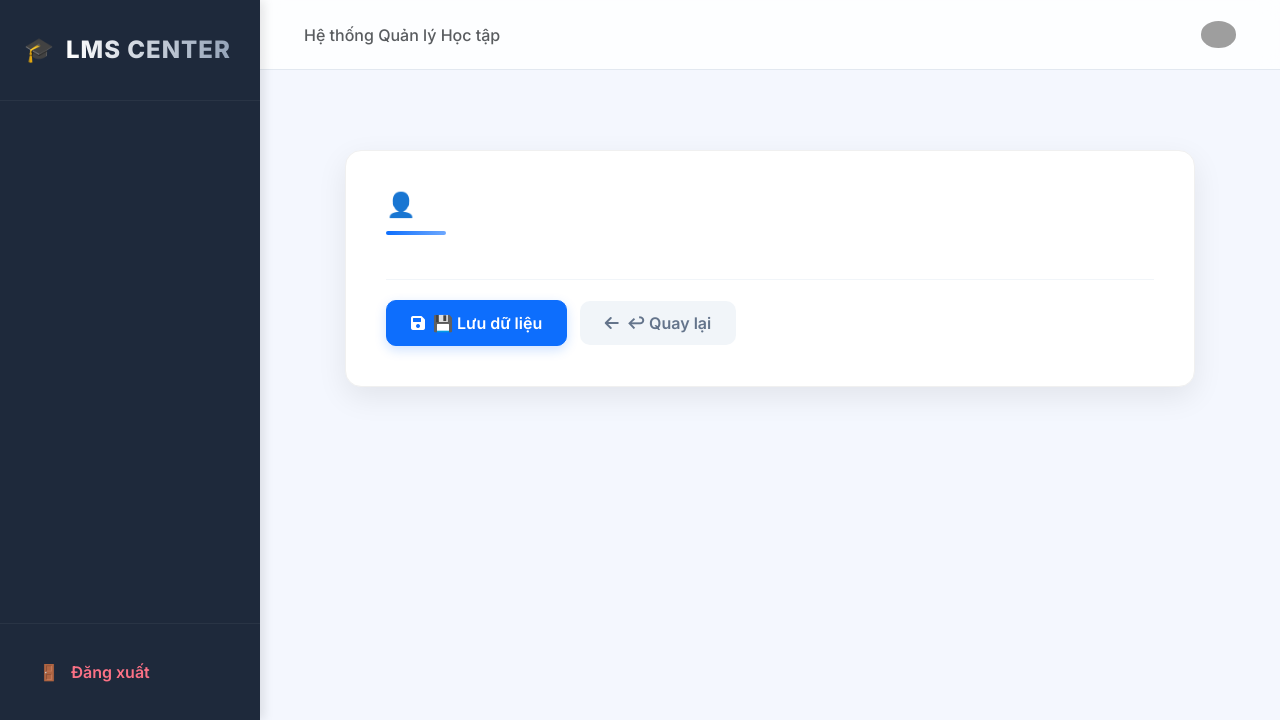
Repository: JiaHui2005/LMS_Django
Page: templates/manager/user_form.html
These files come from the project's save history. The page is drawn as it stood at one moment and after the next save; the edit follows.
The browser window is 1280 px wide. The pictures show the whole page.
Pictures or frames that could not be fetched are drawn as grey boxes. The page is served by the project's application, run on Django 5.2 (manage.py). Other server files are loaded and not shown. The template is opened directly, without the code that normally fills it, so the values that code supplies are empty.

Above is the page before, as saved 2026-01-16 19:04:36.

### common/templatetags/dict_extras.py
from django import template

register = template.Library()

@register.filter
def get_item(dictionary, key):
    return dictionary.get(key, [])

### templates/manager/user_form.html
{% extends 'base.html' %}
{% block title %}Quản lý người dùng{% endblock %}

{% block content %}
<style>
    /* Tổng thể container */
    .form-card {
        background: #ffffff;
        padding: 2.5rem;
        border-radius: 16px;
        box-shadow: 0 10px 30px rgba(0, 0, 0, 0.08);
        max-width: 850px;
        margin: 3rem auto;
        border: 1px solid #f0f0f0;
    }

    /* Tiêu đề */
    .form-card h4 {
        color: #1a202c;
        font-weight: 800;
        letter-spacing: -0.5px;
        position: relative;
        padding-bottom: 15px;
        margin-bottom: 25px;
    }

    .form-card h4::after {
        content: "";
        position: absolute;
        left: 0;
        bottom: 0;
        height: 4px;
        width: 60px;
        background: linear-gradient(90deg, #0d6efd, #6ea8fe);
        border-radius: 2px;
    }

    /* Label và Input */
    .form-label {
        font-weight: 600;
        color: #4a5568;
        font-size: 0.95rem;
        margin-bottom: 8px;
    }

    /* Style cho các field do Django render */
    .form-control, select, textarea {
        border: 1.5px solid #e2e8f0 !important;
        border-radius: 10px !important;
        padding: 12px 15px !important;
        transition: all 0.3s ease !important;
        background-color: #f8fafc;
    }

    .form-control:focus {
        background-color: #fff;
        border-color: #0d6efd !important;
        box-shadow: 0 0 0 4px rgba(13, 110, 253, 0.15) !important;
        outline: none;
    }

    /* Nút bấm */
    .btn-custom-group {
        border-top: 1px solid #f1f5f9;
        padding-top: 20px;
        margin-top: 20px;
    }

    .btn {
        padding: 10px 25px;
        border-radius: 10px;
        font-weight: 600;
        transition: all 0.2s;
    }

    .btn-primary {
        box-shadow: 0 4px 12px rgba(13, 110, 253, 0.2);
    }

    .btn-primary:hover {
        transform: translateY(-2px);
        box-shadow: 0 6px 15px rgba(13, 110, 253, 0.3);
    }

    .btn-secondary {
        background-color: #f1f5f9;
        color: #64748b;
        border: none;
    }

    .btn-secondary:hover {
        background-color: #e2e8f0;
        color: #0f172a;
    }

    /* Thông báo lỗi */
    .error-text {
        color: #dc3545;
        font-size: 0.85rem;
        margin-top: 5px;
        display: block;
        font-style: italic;
    }
</style>

<div class="container">
    <div class="form-card">
        <h4 class="mb-4">👤 {{ title }}</h4>

        <form method="post" novalidate>
            {% csrf_token %}

            <div class="row">
                {% for field in form %}
                <div class="col-md-6 mb-4">
                    <label class="form-label" for="{{ field.id_for_label }}">
                        {{ field.label }}
                    </label>

                    {# Thêm class form-control thông qua filter hoặc script bên dưới #}
                    {{ field }}

                    {% if field.errors %}
                        {% for error in field.errors %}
                            <small class="error-text">⚠️ {{ error|striptags }}</small>
                        {% endfor %}
                    {% endif %}

                    {% if field.help_text %}
                        <small class="form-text text-muted d-block mt-1">{{ field.help_text }}</small>
                    {% endif %}
                </div>
                {% endfor %}
            </div>

            <div class="btn-custom-group">
                <button type="submit" class="btn btn-primary px-4 me-2">
                    <i class="fas fa-save me-1"></i> 💾 Lưu dữ liệu
                </button>
                <a href="{% url 'user_list' %}" class="btn btn-secondary">
                    <i class="fas fa-arrow-left me-1"></i> ↩ Quay lại
                </a>
            </div>
        </form>
    </div>
</div>

<script>
    // Đoạn script này tự động thêm class của Bootstrap vào các input từ Django
    document.querySelectorAll('input, select, textarea').forEach(function(el) {
        if (el.type !== 'checkbox' && el.type !== 'radio') {
            el.classList.add('form-control');
        } else {
            el.classList.add('form-check-input');
        }
    });
</script>
{% endblock %}

### templates/base.html
<!DOCTYPE html>
<html lang="vi">
<head>
    <meta charset="UTF-8">
    <meta name="viewport" content="width=device-width, initial-scale=1.0">
    <title>{% block title %}TLSP{% endblock %}</title>

    <link href="https://fonts.googleapis.com/css2?family=Inter:wght@300;400;500;600;700;800&display=swap" rel="stylesheet">
    <link rel="stylesheet" href="https://cdnjs.cloudflare.com/ajax/libs/font-awesome/6.0.0/css/all.min.css">
    <link href="https://cdn.jsdelivr.net/npm/bootstrap@5.3.2/dist/css/bootstrap.min.css" rel="stylesheet">

    <style>
        :root {
            --sidebar-width: 280px;
            --top-nav-height: 70px;
            --bg-body: #f4f7fe;
            --font-main: 'Inter', sans-serif;
        }

        body {
            font-family: var(--font-main);
            background-color: var(--bg-body);
            margin: 0;
            overflow-x: hidden;
        }

        /* Container tổng quát */
        .app-container {
            display: flex;
            min-height: 100vh;
        }

        /* Sidebar đã được CSS ở bước trước, đảm bảo width khớp */
        .sidebar {
            width: var(--sidebar-width);
            flex-shrink: 0;
        }

        /* Phần Main Content bên phải */
        .main-content {
            flex-grow: 1;
            margin-left: var(--sidebar-width); /* Đẩy nội dung sang phải để không bị sidebar che */
            display: flex;
            flex-direction: column;
            min-width: 0; /* Tránh lỗi vỡ layout với flexbox */
            transition: all 0.3s ease;
        }

        /* Navbar trên cùng */
        .navbar-custom {
            height: var(--top-nav-height);
            background: rgba(255, 255, 255, 0.8);
            backdrop-filter: blur(10px); /* Hiệu ứng kính mờ hiện đại */
            border-bottom: 1px solid #e2e8f0;
            display: flex;
            align-items: center;
            padding: 0 2rem;
            position: sticky;
            top: 0;
            z-index: 999;
        }

        /* Vùng nội dung trang */
        .page-content {
            padding: 2rem;
            flex-grow: 1;
        }

        /* Hiệu ứng mượt mà cho các liên kết */
        a {
            transition: all 0.2s ease;
            text-decoration: none;
        }

        /* Tùy chỉnh thanh cuộn (Scrollbar) */
        ::-webkit-scrollbar {
            width: 6px;
        }
        ::-webkit-scrollbar-track {
            background: #f1f1f1;
        }
        ::-webkit-scrollbar-thumb {
            background: #cbd5e1;
            border-radius: 10px;
        }
        ::-webkit-scrollbar-thumb:hover {
            background: #94a3b8;
        }

        /* Responsive cho thiết bị di động */
        @media (max-width: 992px) {
            .sidebar {
                transform: translateX(-100%);
                position: fixed;
            }
            .main-content {
                margin-left: 0;
            }
            .app-container.show-sidebar .sidebar {
                transform: translateX(0);
            }
        }
    </style>
</head>
<body>

<div class="app-container">
    {% include 'components/sidebar.html' %}

    <div class="main-content">
        <nav class="navbar-custom">
            <div class="container-fluid d-flex justify-content-between align-items-center">
                <span class="text-muted fw-medium">Hệ thống Quản lý Học tập</span>
                <div class="user-profile d-flex align-items-center gap-3">
                    <span class="fw-semibold text-dark">{{ user.username }}</span>
                    <img src="https://ui-avatars.com/api/?name={{ user.username }}&background=0D6EFD&color=fff"
                         alt="avatar" class="rounded-circle" width="35">
                </div>
            </div>
        </nav>

        <div class="page-content">
            {% block content %}{% endblock %}
        </div>
    </div>
</div>

<script src="https://cdn.jsdelivr.net/npm/bootstrap@5.3.2/dist/js/bootstrap.bundle.min.js"></script>
</body>
</html>

### templates/components/sidebar.html
<style>
    :root {
        --sidebar-width: 260px;
        --sidebar-bg: #1e293b; /* Màu xanh đen hiện đại */
        --sidebar-hover: #334155;
        --accent-color: #3b82f6; /* Màu xanh brand */
        --text-gray: #94a3b8;
    }

    /* Sidebar Container */
    .sidebar {
        width: var(--sidebar-width);
        height: 100vh;
        background: var(--sidebar-bg);
        position: fixed;
        left: 0;
        top: 0;
        display: flex;
        flex-direction: column;
        color: white;
        transition: all 0.3s ease;
        z-index: 1000;
        box-shadow: 4px 0 10px rgba(0,0,0,0.1);
    }

    /* Logo Area */
    .sidebar-logo {
        padding: 2rem 1.5rem;
        font-size: 1.5rem;
        font-weight: 800;
        display: flex;
        align-items: center;
        gap: 12px;
        border-bottom: 1px solid rgba(255,255,255,0.05);
    }

    .sidebar-logo span {
        letter-spacing: 1px;
        background: linear-gradient(90deg, #fff, var(--text-gray));
        -webkit-background-clip: text;
        -webkit-text-fill-color: transparent;
    }

    /* Menu List */
    .sidebar-menu {
        list-style: none;
        padding: 1.5rem 0.75rem;
        margin: 0;
        flex-grow: 1;
        overflow-y: auto;
    }

    .sidebar-menu li {
        margin-bottom: 5px;
    }

    .sidebar-menu a {
        display: flex;
        align-items: center;
        gap: 12px;
        padding: 12px 15px;
        color: var(--text-gray);
        text-decoration: none;
        border-radius: 10px;
        font-weight: 500;
        transition: all 0.2s ease;
    }

    .sidebar-menu a:hover {
        background: var(--sidebar-hover);
        color: white;
    }

    /* Active State */
    .sidebar-menu a.active {
        background: var(--accent-color);
        color: white;
        box-shadow: 0 4px 12px rgba(59, 130, 246, 0.3);
    }

    .sidebar-menu a span {
        font-size: 0.95rem;
    }

    /* Footer / Logout */
    .sidebar-footer {
        padding: 1.5rem;
        border-top: 1px solid rgba(255,255,255,0.05);
    }

    .logout {
        display: flex;
        align-items: center;
        gap: 12px;
        padding: 12px 15px;
        color: #fb7185; /* Màu đỏ nhạt cho đăng xuất */
        text-decoration: none;
        border-radius: 10px;
        font-weight: 600;
        transition: background 0.2s;
    }

    .logout:hover {
        background: rgba(251, 113, 133, 0.1);
    }

    /* Điều chỉnh phần nội dung chính (Main content) */
    .main-wrapper {
        margin-left: var(--sidebar-width);
        padding: 2rem;
        background: #f8fafc;
        min-height: 100vh;
    }
</style>

<aside class="sidebar">
    <div class="sidebar-logo">
        🎓 <span>LMS CENTER</span>
    </div>

    <ul class="sidebar-menu">
        {% if user.role == 'manager' %}
            <li>
                <a href="{% url 'manager_dashboard' %}" class="{% if 'manager' in request.path %}active{% endif %}">
                    📊 <span>Dashboard</span>
                </a>
            </li>
            <li>
                <a href="{% url 'user_list' %}" class="{% if 'user' in request.path %}active{% endif %}">
                    👥 <span>Người dùng</span>
                </a>
            </li>
        {% endif %}

        {% if user.role == 'lecturer' %}
            <li>
                <a href="{% url 'lecturer_dashboard' %}" class="{% if 'lecturer' in request.path %}active{% endif %}">
                    👨‍🏫 <span>Giảng viên</span>
                </a>
            </li>
        {% endif %}

        {% if user.role == 'student' %}
            <li>
                <a href="{% url 'student_dashboard' %}" class="{% if 'student' in request.path %}active{% endif %}">
                    🎓 <span>Sinh viên</span>
                </a>
            </li>
        {% endif %}

        {% if user.role == 'coordinator' %}
            <li>
                <a href="{% url 'coordinator_dashboard' %}" class="{% if 'coordinator' in request.path %}active{% endif %}">
                    🧭 <span>Điều phối</span>
                </a>
            </li>
        {% endif %}
    </ul>

    <div class="sidebar-footer">
        <a href="{% url 'logout' %}" class="logout">
            🚪 <span>Đăng xuất</span>
        </a>
    </div>
</aside>

### config/urls.py
from django.contrib import admin
from django.shortcuts import redirect
from django.urls import path
from apps.accounts import views as account_views
from apps.classes.views import lecturer_classes
from apps.academics.views import take_attendance, enter_grade

def root_redirect(request):
    return redirect('/login/')

urlpatterns = [
    path('', root_redirect),
    path('admin/', admin.site.urls),

    # Auth
    path('login/', account_views.login_view, name='login'),
    path('logout/', account_views.logout_view, name='logout'),

    # Lecturer
    path('classes/lecturer/', lecturer_classes, name='lecturer_classes'),
    path('attendance/<int:class_id>/', take_attendance, name='attendance'),
    path('grade/<int:class_id>/', enter_grade, name='grade'),

    # Dashboard
    path('dashboard/manager/', account_views.manager_dashboard, name='manager_dashboard'),
    path('dashboard/student/', account_views.student_dashboard, name='student_dashboard'),
    path('dashboard/lecturer/', account_views.lecturer_dashboard, name='lecturer_dashboard'),
    path('dashboard/cs/', account_views.cs_dashboard, name='cs_dashboard'),
    path('dashboard/coordinator/', account_views.coordinator_dashboard, name='coordinator_dashboard'),

    # CRUD User
    path('manager/users/', account_views.user_list, name='user_list'),
    path('manager/users/create/', account_views.user_create, name='user_create'),
    path('manager/users/<int:user_id>/edit/', account_views.user_edit, name='user_edit'),
    path('manager/users/<int:user_id>/delete/', account_views.user_delete, name='user_delete'),
]

After the next save:
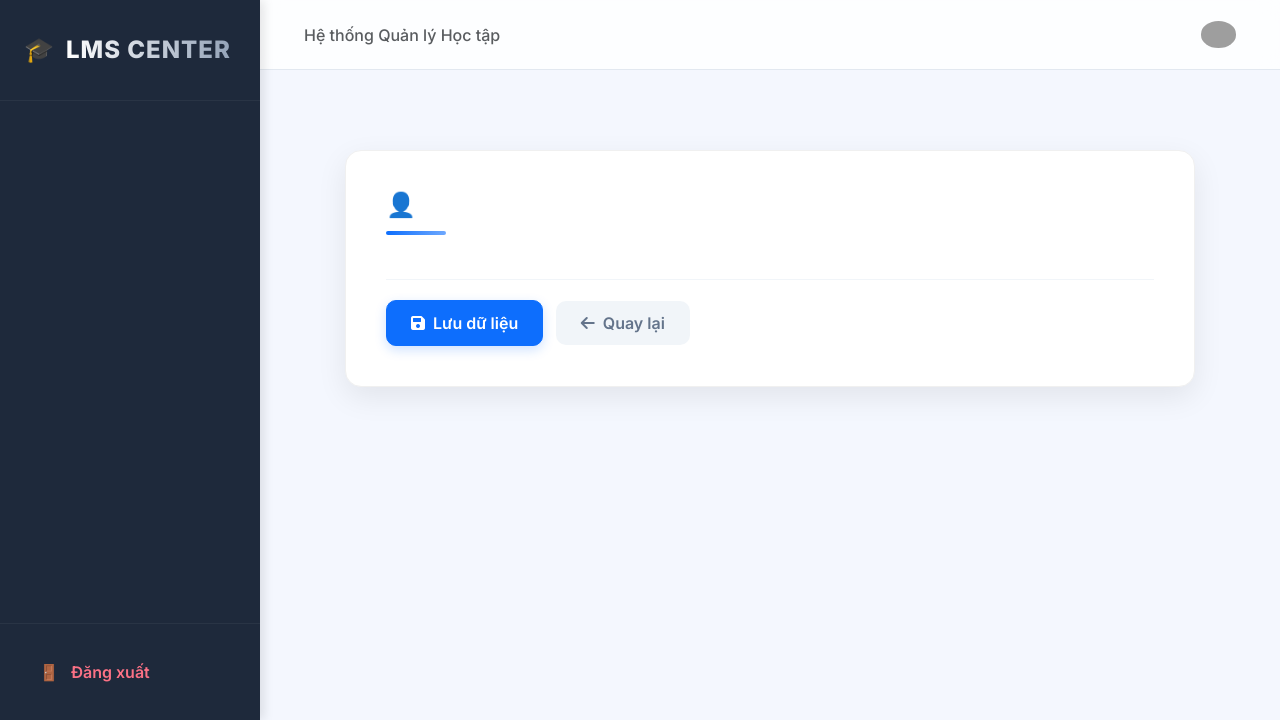
Saved 43 s later.
--- a/templates/manager/user_form.html
+++ b/templates/manager/user_form.html
@@ -135,10 +135,10 @@
 
             <div class="btn-custom-group">
                 <button type="submit" class="btn btn-primary px-4 me-2">
-                    <i class="fas fa-save me-1"></i> 💾 Lưu dữ liệu
+                    <i class="fas fa-save me-1"></i> Lưu dữ liệu
                 </button>
                 <a href="{% url 'user_list' %}" class="btn btn-secondary">
-                    <i class="fas fa-arrow-left me-1"></i> ↩ Quay lại
+                    <i class="fas fa-arrow-left me-1"></i> Quay lại
                 </a>
             </div>
         </form>
